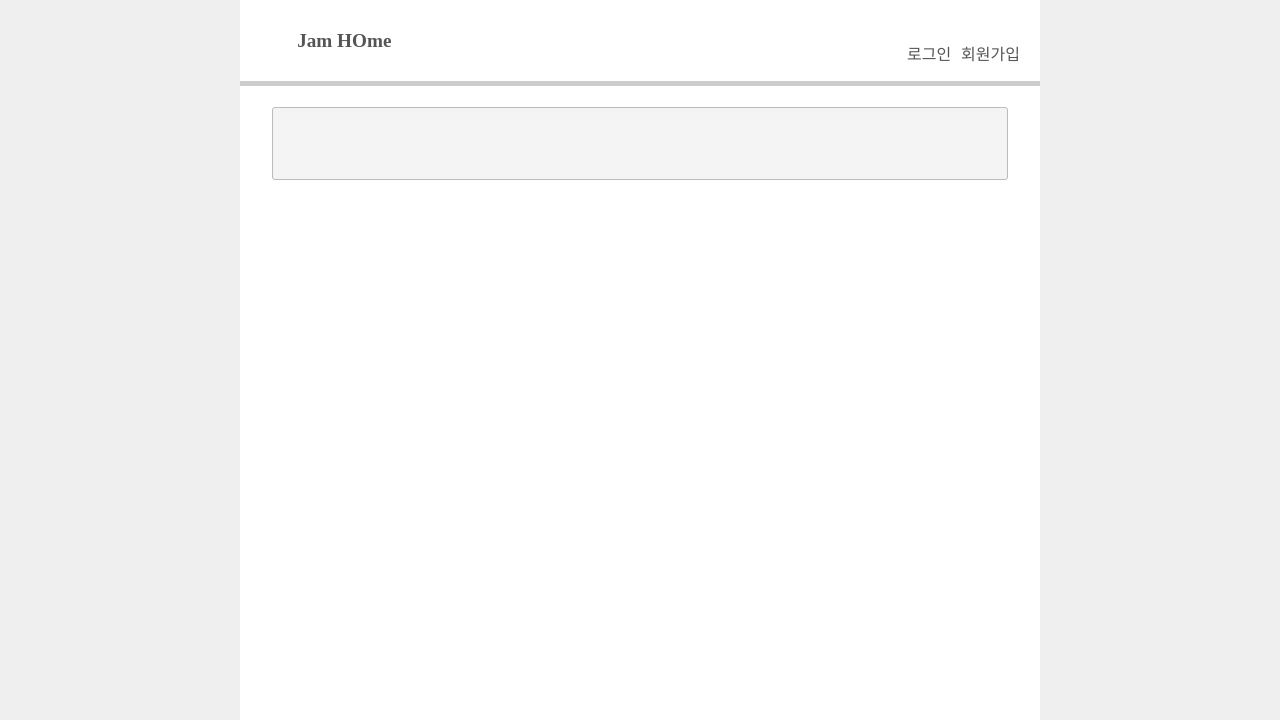
Repository: woals5636/JSPClass
Page: http://localhost/jspPro/days03/ex03.jsp
The author's editor kept a copy of each file at every save. The page is drawn from the files as they stood at one save, then again after the next save.
The browser window is 1280 px wide. The pictures show the whole page.
Some web fonts or font styles are not loaded; a fallback is used. The page is served by Tomcat 9. Other server files are loaded and not shown.

Above is the page before, as saved 2024-10-17 04:59:18.

### jspPro/src/main/webapp/days03/ex03.jsp
<%@ page contentType="text/html; charset=UTF-8" pageEncoding="UTF-8"%>
<!DOCTYPE html>
<html>
<head>
<meta charset="UTF-8">
<title>Insert title here</title>
<link rel="shortcut icon" type="image/x-icon" href="http://localhost/jspPro/images/SiSt.ico">
<script src="https://ajax.googleapis.com/ajax/libs/jquery/3.7.1/jquery.min.js"></script>
<meta name="viewport" content="width=device-width, initial-scale=1.0">
<meta name="google" content="notranslate">
<link rel="stylesheet" href="http://localhost/jspPro/resources/cdn-main/example.css">
<script src="http://localhost/jspPro/resources/cdn-main/example.js"></script>
<style>
 span.material-symbols-outlined{
    vertical-align: text-bottom;
 }
</style>
</head>
<body>
<header>
  <h1 class="main"><a href="#" style="position: absolute;top:30px;">Jam HOme</a></h1>
  <ul>
    <li><a href="#">로그인</a></li>
    <li><a href="#">회원가입</a></li>
  </ul>
</header>
<div>
  <xmp class="code">

  </xmp>
</div>
</body>
</html>

### jspPro/src/main/webapp/resources/cdn-main/example.css
@charset "UTF-8";

@import url('https://fonts.googleapis.com/css2?family=Material+Symbols+Outlined:opsz,wght,FILL,GRAD@20..48,100..700,0..1,-50..200');

@font-face {
    font-family: 'GmarketSansMedium';
    src: url('https://cdn.jsdelivr.net/gh/projectnoonnu/noonfonts_2001@1.1/GmarketSansMedium.woff') format('woff');
    font-weight: normal;
    font-style: normal;
}

:root {
	--text-color: #555;
	--sub-text-color: #777;
	--back-color: #EFEFEF;
	--header-color: #444;
	--primary-color: #DEDEDE;
	--secondary-color: #EFEFEF;
	--default-width: 800px;
	--narrow-width: 500px;
	--wide-width: 1200px;
	--text-font: 'GmarketSansMedium';
	--icon-font: 'Material Symbols Outlined';
	--border-color: #CCC;
}

html, body {
	margin: 0;
	padding: 0;
}

html {
	background-color: var(--back-color);
	display: flex;
	justify-content: center;
	min-height: 100vh;
}

body, body.default {
	width: var(--default-width);
	background-color: white;
	padding-bottom: 120px;
}

body.wide {
	width: var(--wide-width);
}

body.narrow {
	width: var(--narrow-width);
}



body, p, div, span, a, input, select, option, textarea, button, table, th, td, label, fieldset, legend {
	font-family: var(--text-font);
	color: var(--text-color);
}

h1, h2, h3 {
	font-family: var(--text-font);
	color: var(--header-color);
	padding: 0 1rem;
	padding-top: .5rem;
}

div > h1, div > h2, div > h3 {
	padding: 0;
}

body > div, body > main > div {
	padding: 0.3rem 1rem;
}


h1 { font-size: 2rem; border-bottom: 1px solid var(--border-color); }
h1 small { font-size: 1.2rem; color: var(--sub-text-color); }
h2 { font-size: 1.5rem; border-bottom: 1px dashed var(--border-color); }
h2 small { font-size: 1.1rem; color: --sub-text-color; }
h3 { font-size: 1.2rem; }
h3 small { font-size: 1rem; color: --sub-text-color; }



h1.main::before {
	font-family: var(--icon-font);
  	content: '\e666';
  	margin-right: 10px;
  	float: left;
	font-size: 2.5rem;
}

h1.sub::before {
	font-family: var(--icon-font);
  	content: '\ea19';
  	margin-right: 10px;
  	float: left;
	font-size: 2.5rem;
}


h1.page::before {
	font-family: var(--icon-font);
  	content: '\e0e0';
  	margin-right: 10px;
  	float: left;
	font-size: 2.5rem;
}

body > header > ul > li > .active{
	background-color: #FFF;
	color:#F00;
}

body > header {
	display: flex;
	justify-content: space-between;
	border-bottom: 5px solid var(--border-color);
	min-height: 74px;
	background-color: #FFF;
}

body > header.sticky {
	position: sticky;
	top: 0;
	z-index: 98;
}

body > header > h1 {
	font-size: 1.2rem;
	border: 0;
}

body > header.in > h1::before {
	font-family: var(--icon-font);
  	content: '\e332‥';
  	margin-right: 3px;
  	float: left;
	font-size: 2rem;
}


body > header > ul {
	list-style-type: none;
	display: flex;
	align-items: flex-end;
	margin-right: 10px;
}

body > header > ul > li {
	margin-right: 10px;
	cursor: pointer;
}

body > header > ul > li > a {
	cursor: pointer;
}


form {
	display: block;
}

form > div {
	padding: 0.3rem 1rem;
}

div > form > div {
	padding: 0.3rem 0;
}

input, textarea, button, select {
	border: 1px solid #BBB;
	border-radius: 3px;
	outline: none;
	resize: none;
	padding: 7px;
	margin: 0;
}

input[type=text]:read-only, textarea:read-only {
	cursor: not-allowed;
	background-color: #FFF;
}

input[type=text]:disabled, textarea:disabled {
	cursor: not-allowed;
	background-color: #EEE;
}

input[type=text], input[type=password], textarea, button, select {
	/* width: 300px; */
}

textarea {
	display: block;
	height: 100px;
}

input[type=button], input[type=submit], button {
	/* width: inherit; */
}

input.short, textarea.short, button.short, select.short {
	width: 100px;
}

input.long, textarea.long, button.long, select.long {
	width: 350px;
}

.narrow input.long, .narrow textarea.long, .narrow button.long, .narrow select.long {
	width: calc(100% - 20px);
}

input.full, textarea.full, button.full, select.full {
	width: calc(100% - 20px);
}

textarea.short {
	height: 50px;
}

textarea.long {
	height: 100px;
}

textarea.full {
	height: 200px;
}

input, textarea {
	padding-top: 8px;
}

input[type=button], input[type=submit], button {
	padding: 5px 10px;
	background-color: var(--secondary-color);
	cursor: pointer;
	min-height: 36px;
}

input[type=button].primary, input[type=submit].primary, button.primary {
	/* background-color: rgba(100, 149, 237, .2); */
	background-color: var(--primary-color);
}

input[type=button].primary:hover, input[type=submit].primary:hover, button.primary:hover {
	/* background-color: rgba(100, 149, 237, .3); */
	background-color: var(--secondary-color);
}

input[type=button]:hover, input[type=submit]:hover, button:hover {
	background-color: var(--primary-color);
}

button {
	position: relative;
	left: 0;
	top: 0;
	padding-left: 35px;
}

button .material-symbols-outlined {
	position: absolute;
	left: 10px;
	top: 4px;
}

/* k2nik add */
button.login::before {
	font-family: var(--icon-font);
  	content: '\ea77';
	position: absolute;
	left: 11px;
	top: 4px;
	font-size: 1.25rem;
}

/* k2nik logout */
button.logout::before {
	font-family: var(--icon-font);
  	content: '\e9ba';
	position: absolute;
	left: 11px;
	top: 4px;
	font-size: 1.25rem;
}

/* k2nik help */
button.help::before {
	font-family: var(--icon-font);
  	content: '\f1c0';
	position: absolute;
	left: 11px;
	top: 4px;
	font-size: 1.25rem;
}

button.add::before{
	font-family: var(--icon-font);
  	content: '\e746';
	position: absolute;
	left: 11px;
	top: 4px;
	font-size: 1.25rem;
}

button.back::before {
	font-family: var(--icon-font);
  	content: '\e166';
	position: absolute;
	left: 11px;
	top: 4px;
	font-size: 1.25rem;
}

button.list::before {
	font-family: var(--icon-font);
  	content: '\e0ee';
	position: absolute;
	left: 11px;
	top: 4px;
	font-size: 1.25rem;
}


button.del::before {
	font-family: var(--icon-font);
  	content: '\e872';
	position: absolute;
	left: 11px;
	top: 4px;
	font-size: 1.25rem;
}


button.edit::before {
	font-family: var(--icon-font);
  	content: '\e745';
	position: absolute;
	left: 11px;
	top: 4px;
	font-size: 1.25rem;
}


button.login::before {
	font-family: var(--icon-font);
  	content: '\ea77';
	position: absolute;
	left: 11px;
	top: 4px;
	font-size: 1.25rem;
}


button.logout::before {
	font-family: var(--icon-font);
  	content: '\e9ba';
	position: absolute;
	left: 11px;
	top: 4px;
	font-size: 1.25rem;
}


button.in::before {
	font-family: var(--icon-font);
  	content: '\f71a';
	position: absolute;
	left: 11px;
	top: 4px;
	font-size: 1.25rem;
}


button.out::before {
	font-family: var(--icon-font);
  	content: '\f70e';
	position: absolute;
	left: 11px;
	top: 4px;
	font-size: 1.25rem;
}


button.reply::before {
	font-family: var(--icon-font);
  	content: '\e15e';
	position: absolute;
	left: 11px;
	top: 4px;
	font-size: 1.25rem;
}


button.comment::before {
	font-family: var(--icon-font);
  	content: '\e0b9';
	position: absolute;
	left: 11px;
	top: 4px;
	font-size: 1.25rem;
}


button.modal::before {
	font-family: var(--icon-font);
  	content: '\e89e';
	position: absolute;
	left: 11px;
	top: 4px;
	font-size: 1.25rem;
}


button.ok::before {
	font-family: var(--icon-font);
  	content: '\e86c';
	position: absolute;
	left: 11px;
	top: 4px;
	font-size: 1.25rem;
}


button.cancel::before {
	font-family: var(--icon-font);
  	content: '\e5c9';
	position: absolute;
	left: 11px;
	top: 4px;
	font-size: 1.25rem;
}

button.search::before {
	font-family: var(--icon-font);
  	content: '\e8b6';
	position: absolute;
	left: 11px;
	top: 4px;
	font-size: 1.25rem;
}

button.home::before {
	font-family: var(--icon-font);
  	content: '\e88a';
	position: absolute;
	left: 11px;
	top: 4px;
	font-size: 1.25rem;
}


button.sidebar::before {
	font-family: var(--icon-font);
  	content: '\f7e4';
	position: absolute;
	left: 11px;
	top: 4px;
	font-size: 1.25rem;
}


button.sidebar-right::before {
	font-family: var(--icon-font);
  	content: '\f7e5';
	position: absolute;
	left: 11px;
	top: 4px;
	font-size: 1.25rem;
}




button::before {
	font-family: var(--icon-font);
  	content: '\e323';
	position: absolute;
	left: 11px;
	top: 4px;
	font-size: 1.25rem;
}


table {
	border-collapse: collapse;
	margin: 1rem;
	box-sizing: border-box;
	width: calc(100% - 32px);
}

table.content {
	width: auto;
}

div > table {
	margin: 0;
}

table th, table td {
	border: 1px solid var(--border-color);
	padding: 7px;
	font-weight: normal;
}

table th {
	background-color: var(--back-color);
}

table.vertical th {
	width: 150px;
}

table.vertical td {
	width: calc(100% - 182px);
	padding-left: 10px;
}

table.content td, table.content th {
	width: auto;
}

body.narrow table.vertical th {
	width: 100px;
}

body.narrow table.vertical td {
	width: calc(100% - 182px);
}


table + table {
	margin-top: 30px;
}


p {
	padding: 0 1rem;
}

a {
	text-decoration: none;
}

a:hover {
	color: rgba(255, 99, 71, .7);
}

hr {
	border: 0;
	border-top: 1px solid var(--border-color);
	margin: 2rem 0;
}

.message {
	border: 1px solid var(--border-color);
	background-color: #EFEFEF;
	margin: 1rem;
	width: auto;
	padding-top: 10px;
	padding-bottom: 10px;
	font-size: 14px;
}

.message[title]::before {
	content: attr(title);
	display: block;
	border-bottom: 1px solid var(--border-color);
	padding-bottom: 5px;
	margin-bottom: 10px;
	margin-top: 7px;
}

.message.short {
	max-width: 250px;
}

.message.long {
	max-width: 500px;
}

.badge {
	float: right;
	font-size: .8rem;
	margin-top: 2px;
	margin-right: 2px;
	text-shadow: 0 0 7px gray;
}

.badge.left {
	float: none;
	margin-left: 2px;
}

.badge.right {
	float: right;
}

.badge.red {
	border-radius: 50%;
	padding: 2px 5px;
	background-color: rgb(255, 99, 71, .3);
}

.badge.yellow {

	border-radius: 50%;
	padding: 2px 5px;
	background-color: rgb(255, 215, 0, .5);
}

.badge.blue {
	border-radius: 50%;
	padding: 2px 5px;
	background-color: rgb(100, 149, 237, .3);
}

label + label {
	margin-left: 7px;
}

label input[type=checkbox], label input[type=radio] {
	transform: translate(0, 1px);
}

.group {
	display: flex;
}

.modal-content .group {
	margin-bottom: .5rem;
}

.group label {
	border: 1px solid #BBB;
	border-radius: 3px;
	outline: none;
	resize: none;
	padding: 7px 14px;
	margin: 0;
	border-top-right-radius: 0;
	border-bottom-right-radius: 0;
	background-color: #EFEFEF;
	white-space: nowrap;
	font-size: 14px;
}

.group input[type=text] {
	margin-left: -1px;
	border-top-left-radius: 0;
	border-bottom-left-radius: 0;
}

.group select {
	margin-left: -1px;
	border-top-left-radius: 0;
	border-bottom-left-radius: 0;
}

.group input.full[type=text] {
	margin-left: -1px;
	border-top-left-radius: 0;
	border-bottom-left-radius: 0;
	width: 100%;
}

.group input[type=button]:first-child, .group button:first-child {
	border-top-left-radius: 3px;
	border-bottom-left-radius: 3px;
	margin-left: 0px;
}

.group input[type=button], .group button {
	border-radius: 0;
	margin-left: -1px;
}

.group input[type=button]:last-child, .group button:last-child {
	margin-left: -1px;
	border-top-right-radius: 3px;
	border-bottom-right-radius: 3px;
}

.seperate {
	display: flex;
	justify-content: space-between;
}

div.list {
	width: max-content;
	margin: 1rem;
	border: 1px solid #BBB;
	border-radius: 3px;
	padding: 0;
}

div.list.full {
	width: auto;
	display: block;
	margin: 1rem;
	border: 1px solid #BBB;
	border-radius: 3px;
	padding: 0;
}

div.list > div {
	padding: .5rem 1rem;
	margin: 0;
	border-bottom: 1px solid #BBB;
}

div.list > div:last-child {
	border-bottom: 0;
}

pre.code , xmp.code{
	font-family: consols;
	background-color: rgba(150, 150, 150, .1);
	border: 1px solid #BBB;
	border-radius: 3px;
	padding: .5rem 1rem;
	padding-bottom: .6rem;
	margin: 1rem;
}




*[data-modal-window] {
	position: fixed;
	background-color: rgba(0, 0, 0, .3);
	left: 0;
	top: 0;
	display: none;
	justify-content: center;
	align-items: flex-start;
	width: 100%;
	min-height: 100vh;
	z-index: 100;
	opacity: 0;
	transition: 500ms all;
}

*[data-modal-window] .modal-container {
	border-radius: 5px;
	padding: 1rem;
	padding-bottom: .5rem;
	margin-top: -500px;
	opacity: 0;
	width: 500px;
	background-color: #FFF;
	margin-right: 2rem;
	transition: 500ms all;
}

*[data-modal-size=content] .modal-container {
	width: auto;
}

*[data-modal-size=narrow] .modal-container {
	width: 300px;
}

*[data-modal-size=wide] .modal-container {
	width: 760px;
}


*[data-modal-window] .modal-header {
	border-bottom: 1px solid var(--border-color);
	padding: 2px 5px;
}

*[data-modal-window] .modal-content {
	padding: 1rem 5px;
}

*[data-modal-window] .modal-content div:last-child {
	margin-top: 1rem;
	text-align: right;
}



*[data-sidebar-window] {
	position: fixed;
	background-color: #FFF;
	left: 0;
	top: 0;
	display: block;
	width: 300px;
	border-right: 1px solid var(--border-color);
	box-sizing: border-box;
	box-shadow: 0 0 3px var(--back-color);
	min-height: 100vh;
	z-index: 99;
	transform: translate(-300px, 0);
	transition-duration: 500ms;
	transition-property: transform;
}

*[data-sidebar-direction=right] {
	left: auto;
	right: 0;
	transform: translate(300px, 0);
	border-left: 1px solid var(--border-color);
}

*[data-sidebar-size=wide] {
	width: 500px;
	transform: translate(-500px, 0);
}

*[data-sidebar-window] .sidebar-title {
	border-bottom: 1px solid var(--border-color);
	margin-top: 20px;
	margin-bottom: 20px;
	padding-bottom: 5px;
	display: flex;
	justify-content: space-between;
}

*[data-sidebar-window] .sidebar-title span:last-child {
	cursor: pointer;
}


/* K2Nik pagination */
.center {
  text-align: center;
}

.pagination {
  display: inline-block;
}

.pagination a {
  color: black;
  float: left;
  padding: 3px 6px;
  text-decoration: none;
  transition: background-color .3s;
  border: 1px solid #ddd;
  margin: 0 3px;
}

.pagination a.active {
  background-color: #4CAF50;
  color: white;
  border: 1px solid #4CAF50;
}

.pagination a:hover:not(.active) {background-color: #ddd;}

### jspPro/src/main/webapp/resources/cdn-main/example.js

window.onload = () => {

    const list = document.querySelectorAll('input, textarea');

    list.forEach(item => {
        item.setAttribute('autocomplete', 'off');
    });


    const modal_btn_list = document.querySelectorAll('*[data-modal-button]');

    modal_btn_list.forEach(item => {
        item.onclick = function() {

            const name = this.dataset['modalButton'];
            const modal_window = document.querySelector('*[data-modal-window=' + name);

            const container = document.createElement('div');
            container.className = 'modal-container';



            const modal_header = document.createElement('div');
            modal_header.textContent = modal_window.dataset['modalTitle'];
            modal_header.className = 'modal-header';
            container.appendChild(modal_header);

            const modal_content = document.createElement('div');
            modal_content.className = 'modal-content';
            container.appendChild(modal_content);

            Array.from(modal_window.childNodes).forEach(item => {
                modal_content.appendChild(item);
            });

            modal_window.appendChild(container);

            modal_window.style.display = 'flex';

            setTimeout(() => {
                modal_window.style.opacity = 1;
                container.style.marginTop = '20px';
                container.style.opacity = 1;
            }, 50);


            const modal_ok = document.querySelector('*[data-modal-ok=' + name);
            modal_ok.addEventListener('click', function() {
                modal_window.style.opacity = 0;
                container.style.marginTop = '-500px';
                container.style.opacity = 0;

                setTimeout(() => {
                    modal_window.innerHTML = modal_content.innerHTML;
                    modal_window.style.display = 'none';
                }, 500);

            });

            const modal_cancel = document.querySelector('*[data-modal-cancel=' + name);
            modal_cancel.addEventListener('click', function() {

                modal_window.style.opacity = 0;
                container.style.marginTop = '-500px';
                container.style.opacity = 0;

                setTimeout(() => {
                    modal_window.innerHTML = modal_content.innerHTML;
                    modal_window.style.display = 'none';
                }, 500);
            });


        };
    });


    const sidebar_btn_list = document.querySelectorAll('*[data-sidebar-button]');

    sidebar_btn_list.forEach(item => {
        item.onclick = function() {



            const name = this.dataset['sidebarButton'];
            const sidebar_window = document.querySelector('*[data-sidebar-window=' + name);

            if (sidebar_window.style.transform == 'translate(0px, 0px)') return;



            sidebar_window.style.transform = 'translate(0, 0)';

            const sidebar_title = document.createElement('div');
            sidebar_title.className = 'sidebar-title';
            sidebar_title.innerHTML = '<span>' + sidebar_window.dataset['sidebarTitle'] + '</span><span class="material-symbols-outlined">close</span>';

            sidebar_title.children[1].onclick = function() {

                let sign = 1;
                let distance = 300;

                if (sidebar_window.dataset['sidebarDirection'] != 'right') {
                    sign = -1;
                } else {
                    sign = 1;
                }

                if (sidebar_window.dataset['sidebarSize'] != 'wide') {
                    distance = 300;
                } else {
                    distance = 500;
                }

                distance *= sign;

                sidebar_window.style.transform = 'translate(' + distance + 'px, 0)';

                setTimeout(function() {
                    sidebar_window.removeChild(sidebar_window.children[0]);
                }, 500);
            };


            sidebar_window.prepend(sidebar_title);

        }
    });

};

// window.onkeydown = function(event) {

//     if (event.keyCode == 27) {
//         if (document.querySelector('[data-modal-window').style.display == 'flex') {
//             document.querySelector('[data-modal-window').style.display = 'none';
//         }
//     }

// };

After the next save:
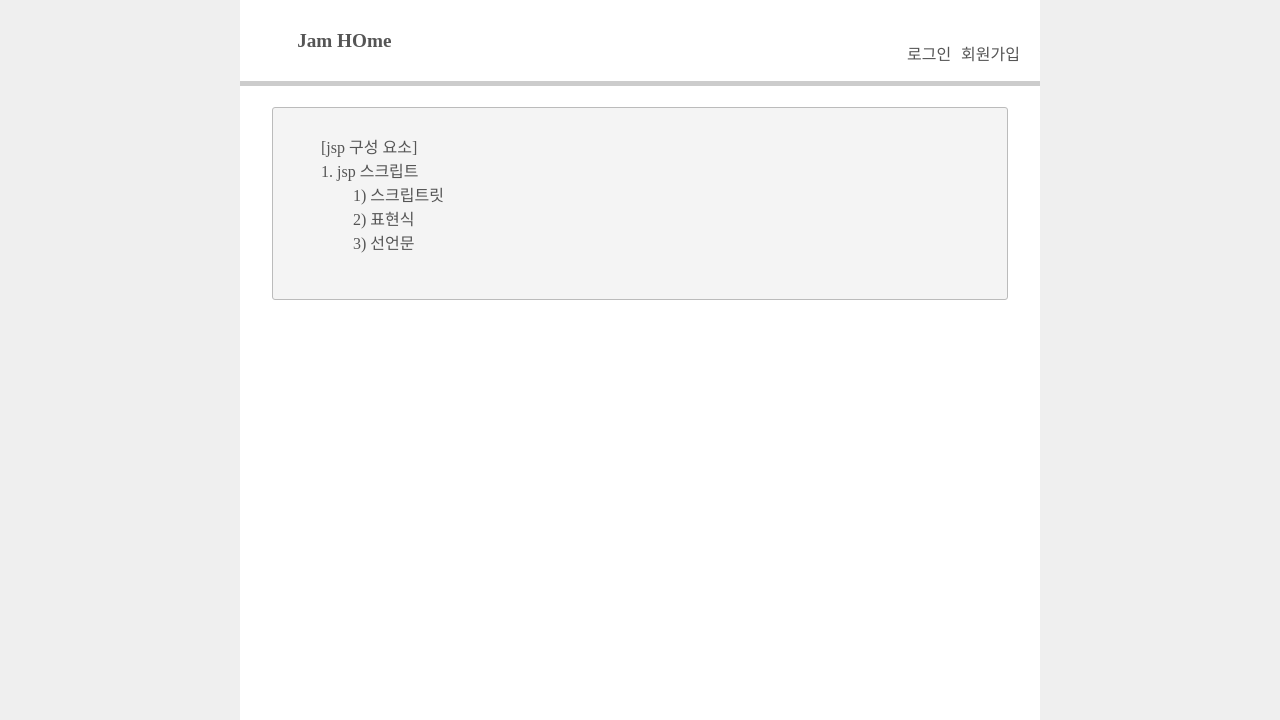
Saved 4 min 20 s later.
--- a/jspPro/src/main/webapp/days03/ex03.jsp
+++ b/jspPro/src/main/webapp/days03/ex03.jsp
@@ -26,6 +26,11 @@
 </header>
 <div>
   <xmp class="code">
+  	[jsp 구성 요소]
+  	1. jsp 스크립트
+  		1) 스크립트릿
+  		2) 표현식
+  		3) 선언문
 
   </xmp>
 </div>
